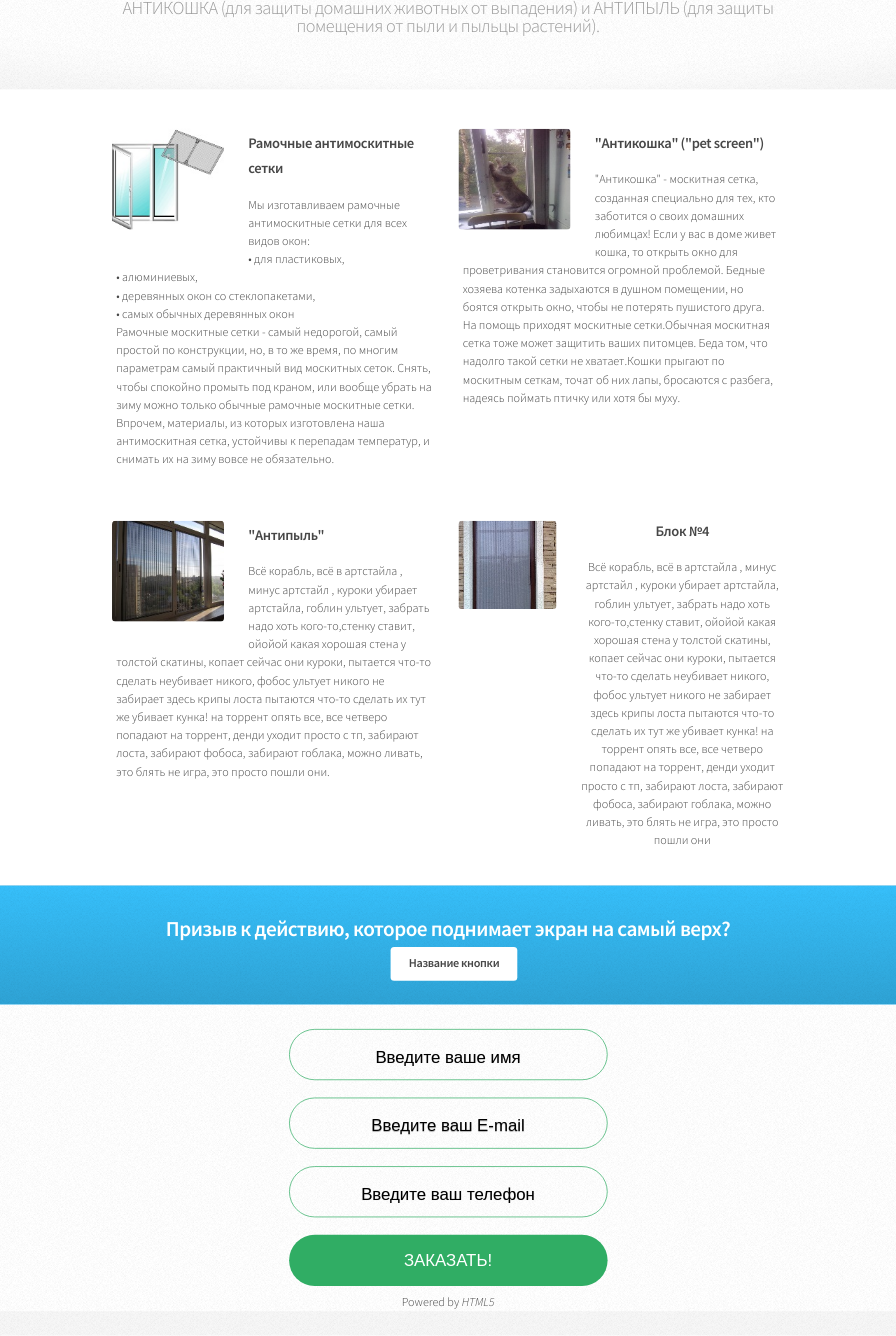
Repository: Dovislive/moskit
Page: index.html
The author's editor kept a record of every edit. The page is drawn from the files as they stood at one moment, then again after the next edit.
The browser window is 1280 px wide. The pictures show the part of the page from y = 1070 to 2990 px (the page is 2978 px tall before and 2990 px after), at 70% of full size.

Above is the page before.

### index.html
<!DOCTYPE HTML>
<!--
	Arcana by HTML5 UP
	html5up.net | @ajlkn
	Free for personal and commercial use under the CCA 3.0 license (html5up.net/license)
-->
<html>
	<head>
		<title>Купить москитные сетки в Астрахани</title>
		<meta charset="utf-8" />
		<meta name="viewport" content="width=device-width, initial-scale=1" />
		<!--[if lte IE 8]><script src="assets/js/ie/html5shiv.js"></script><![endif]-->
		<link rel="stylesheet" href="assets/css/main.css" />
		<!--[if lte IE 8]><link rel="stylesheet" href="assets/css/ie8.css" /><![endif]-->
		<!--[if lte IE 9]><link rel="stylesheet" href="assets/css/ie9.css" /><![endif]-->
	</head>
	<body>
		<div id="page-wrapper">

			<!-- Header -->
				<div id="header">

					<!-- Logo -->
						<h1><a href="index.html" id="logo">Москитные сетки <em>Купить в Астрахани</em></a></h1>

					<!-- Nav -->


			<!-- Banner -->
				<section id="banner">
					<header>
						<h2>Вы моежет заказать замер сеток прямо сейчас!</h2>
						<a href="#app" class="button">Заказать</a>
					</header>
				</section>

			<!-- Highlights -->
				<section class="wrapper style1">
					<div class="container">
						<div class="row 200%">
							<section class="4u 12u(narrower)">
								<div class="box highlight">
									<i class="icon major fa-paper-plane"></i>
									<h3>Большой ассортимент</h3>
									<p>Мы имеем в наличии 4 разных вида москитных сеток. Отличающихся по качеству и ценовой категории.</p>
								</div>
							</section>
							<section class="4u 12u(narrower)">
								<div class="box highlight">
									<i class="icon major fa-pencil"></i>
									<h3>Моментальный прием заказа</h3>
									<p>Мы перезвоним вам в течении первых 10 минут с момента отправки заявки, проведем бесплатную консультацию по выбору подходящего размера и типа сетки.</p>
								</div>
							</section>
							<section class="4u 12u(narrower)">
								<div class="box highlight">
									<i class="icon major fa-wrench"></i>
									<h3>Установка в день заказа</h3>
									<p>Производим установку в день оплаты заказа, в любое удобное для вас время!</p>
								</div>
							</section>
						</div>
					</div>
				</section>

			<!-- Gigantic Heading -->
				<section class="wrapper style2">
					<div class="container">
						<header class="major">
							<h2>В наличии два новых вида москитных сеток!</h2>
							<p>АНТИКОШКА (для защиты домашних животных от выпадения) и АНТИПЫЛЬ (для защиты помещения от пыли и пыльцы растений).</p>
						</header>
					</div>
				</section>

			<!-- Posts -->
				<section class="wrapper style1">
					<div class="container">
						<div class="row">
							<section class="6u 12u(narrower)">

									<a class="image left"><img src="images/pic01.jpg" alt="Рамочные антимоскитные сетки" /></a>
									<div class="boxes">
										<h3>Рамочные антимоскитные сетки</h3>
										<p>Мы изготавливаем рамочные антимоскитные сетки для всех видов окон:<br>
• для пластиковых, <br>
• алюминиевых, <br>
• деревянных окон со стеклопакетами,<br>
• самых обычных деревянных окон<br>
Рамочные москитные сетки - самый недорогой, самый простой по конструкции, но, в то же время, по многим параметрам самый практичный вид москитных сеток. Снять, чтобы спокойно промыть под краном, или вообще убрать на зиму можно только обычные рамочные москитные сетки. Впрочем, материалы, из которых изготовлена наша антимоскитная сетка, устойчивы к перепадам температур, и снимать их на зиму вовсе не обязательно.</p>
									</div>

							</section>
							<section class="6u 12u(narrower)">

									<a class="image left"><img src="images/pic02.jpg" alt=""Антикошка" ("pet screen")" /></a>
									<div class="boxes">
										<h3>"Антикошка" ("pet screen")</h3>
										<p>"Антикошка" - москитная сетка, созданная специально для тех, кто заботится о своих домашних любимцах! Если у вас в доме живет кошка, то открыть окно для проветривания становится огромной проблемой. Бедные хозяева котенка задыхаются в душном помещении, но боятся открыть окно, чтобы не потерять пушистого друга. На помощь приходят москитные сетки.Обычная москитная сетка тоже может защитить ваших питомцев. Беда том, что надолго такой сетки не хватает.Кошки прыгают по москитным сеткам, точат об них лапы, бросаются с разбега, надеясь поймать птичку или хотя бы муху.</p>
									</div>

							</section>
						</div>
						<div class="row">
							<section class="6u 12u(narrower)">

									<a class="image left"><img src="images/pic03.jpg" alt=""Антипыль"" /></a>
									<div class="boxes">
										<h3>"Антипыль"</h3>
										<p>Всё корабль, всё в артстайла , минус артстайл , куроки убирает артстайла, гоблин ультует, забрать надо хоть кого-то,стенку ставит, ойойой какая хорошая стена у толстой скатины, копает сейчас они куроки, пытается что-то сделать неубивает никого, фобос ультует никого не забирает здесь крипы лоста пытаются что-то сделать их тут же убивает кунка! на торрент опять все, все четверо попадают на торрент, денди уходит просто с тп, забирают лоста, забирают фобоса, забирают гоблака, можно ливать, это блять не игра, это просто пошли они.</p>
									</div>

							</section>
							<section class="6u 12u(narrower)">
								<div class="box post">
									<a href="#" class="image left"><img src="images/pic04.jpg" alt="" /></a>
									<div class="inner">
										<h3>Блок №4</h3>
										<p>Всё корабль, всё в артстайла , минус артстайл , куроки убирает артстайла, гоблин ультует, забрать надо хоть кого-то,стенку ставит, ойойой какая хорошая стена у толстой скатины, копает сейчас они куроки, пытается что-то сделать неубивает никого, фобос ультует никого не забирает здесь крипы лоста пытаются что-то сделать их тут же убивает кунка! на торрент опять все, все четверо попадают на торрент, денди уходит просто с тп, забирают лоста, забирают фобоса, забирают гоблака, можно ливать, это блять не игра, это просто пошли они </p>
									</div>
								</div>
							</section>
						</div>
					</div>
				</section>

			<!-- CTA -->
				<section id="cta" class="wrapper style3">
					<div class="container">
						<header>
							<h2>Призыв к действию, которое поднимает экран на самый верх?</h2>
							<a href="#" class="button">Название кнопки</a>
						</header>
					</div>
				</section>

			<!-- Footer -->
			<a name='app'></a>
            <form id="application" action=" application.php" method="POST" name=" application ">
                <input name="name" id="applicationName" maxlength="20" placeholder="Введите ваше имя" required />
                <input name="email" type="email" id="applicationEmail" maxlength="20" placeholder="Введите ваш E-mail" required />
                <input name="telephone" type="Tel" id="applicationTelephone" maxlength="20" placeholder="Введите ваш телефон" required/>
                <button class="applicationButton" type="submit" form="application">Заказать!</button>
            </form>

					<!-- Copyright -->
						<div class="copyright">
							<ul class="menu">
								<li>Powered by <em>HTML5</em></li>
							</ul>
						</div>

				</div>

		</div>

		<!-- Scripts -->
			<script src="assets/js/jquery.min.js"></script>
			<script src="assets/js/jquery.dropotron.min.js"></script>
			<script src="assets/js/skel.min.js"></script>
			<script src="assets/js/util.js"></script>
			<!--[if lte IE 8]><script src="assets/js/ie/respond.min.js"></script><![endif]-->
			<script src="assets/js/main.js"></script>

	</body>
</html>

Loaded but not shown: assets/css/font-awesome.min.css (library); assets/js/jquery.min.js (library); assets/js/jquery.dropotron.min.js (library); assets/js/skel.min.js (library); assets/js/util.js (587 lines, source omitted); assets/js/main.js (86 lines, source omitted); assets/css/main.css (3233 lines, source omitted)

After the next edit:
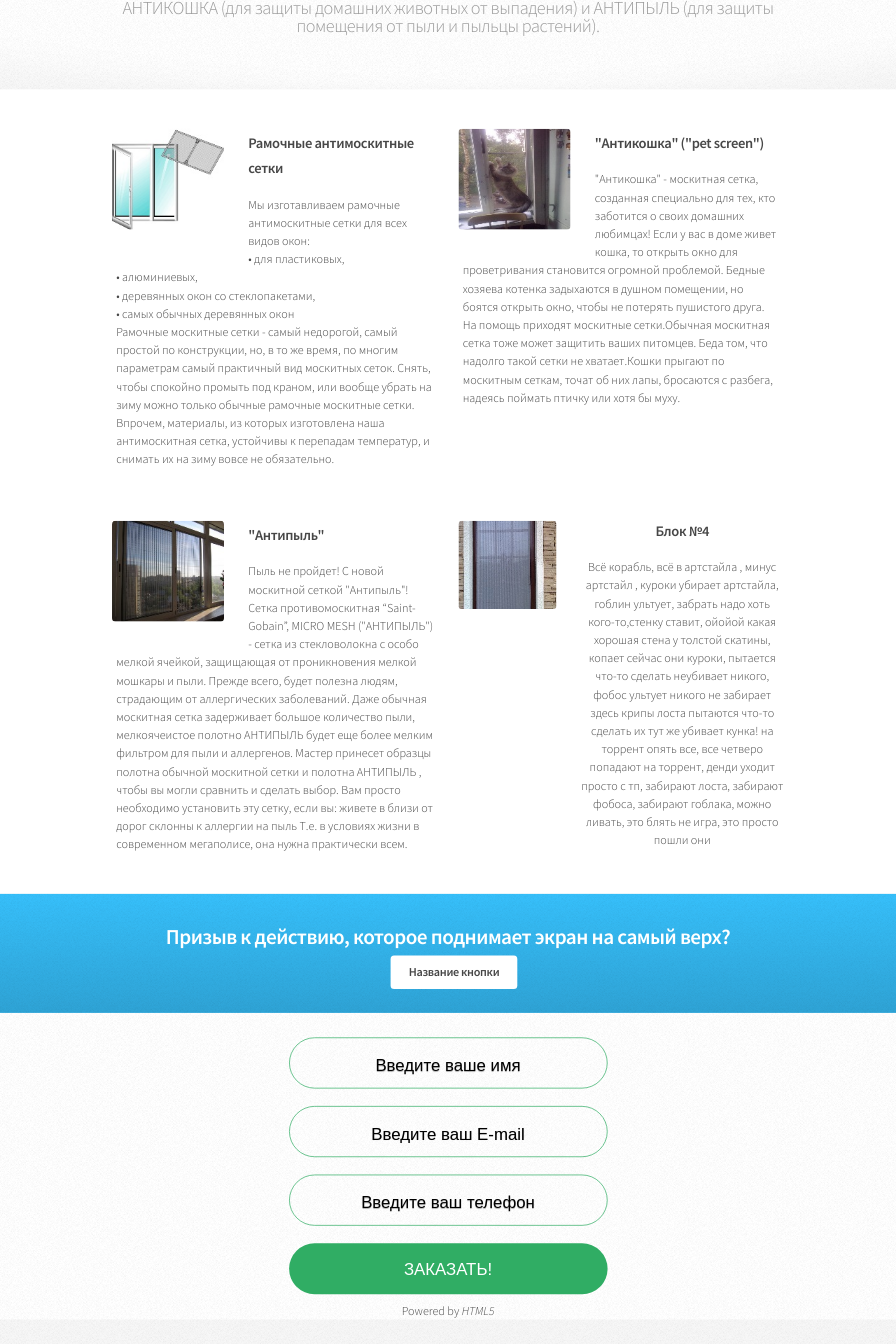
The edit:
--- a/index.html
+++ b/index.html
@@ -107,7 +107,14 @@
 									<a class="image left"><img src="images/pic03.jpg" alt=""Антипыль"" /></a>
 									<div class="boxes">
 										<h3>"Антипыль"</h3>
-										<p>Всё корабль, всё в артстайла , минус артстайл , куроки убирает артстайла, гоблин ультует, забрать надо хоть кого-то,стенку ставит, ойойой какая хорошая стена у толстой скатины, копает сейчас они куроки, пытается что-то сделать неубивает никого, фобос ультует никого не забирает здесь крипы лоста пытаются что-то сделать их тут же убивает кунка! на торрент опять все, все четверо попадают на торрент, денди уходит просто с тп, забирают лоста, забирают фобоса, забирают гоблака, можно ливать, это блять не игра, это просто пошли они.</p>
+										<p>Пыль не пройдет! С новой москитной сеткой "Антипыль"!<br>
+Сетка противомоскитная “Saint-Gobain”, MICRO MESH ("АНТИПЫЛЬ") - сетка из стекловолокна с особо мелкой ячейкой, защищающая от проникновения мелкой мошкары и пыли.
+Прежде всего, будет полезна людям, страдающим от аллергических заболеваний. Даже обычная москитная сетка задерживает большое количество пыли, мелкоячеистое полотно АНТИПЫЛЬ будет еще более мелким фильтром для пыли и аллергенов.
+Мастер принесет образцы полотна обычной москитной сетки и полотна АНТИПЫЛЬ , чтобы вы могли сравнить и сделать выбор.
+Вам просто необходимо установить эту сетку, если вы:
+живете в близи от дорог
+склонны к аллергии на пыль
+Т.е. в условиях жизни в современном мегаполисе, она нужна практически всем.</p>
 									</div>
 
 							</section>
